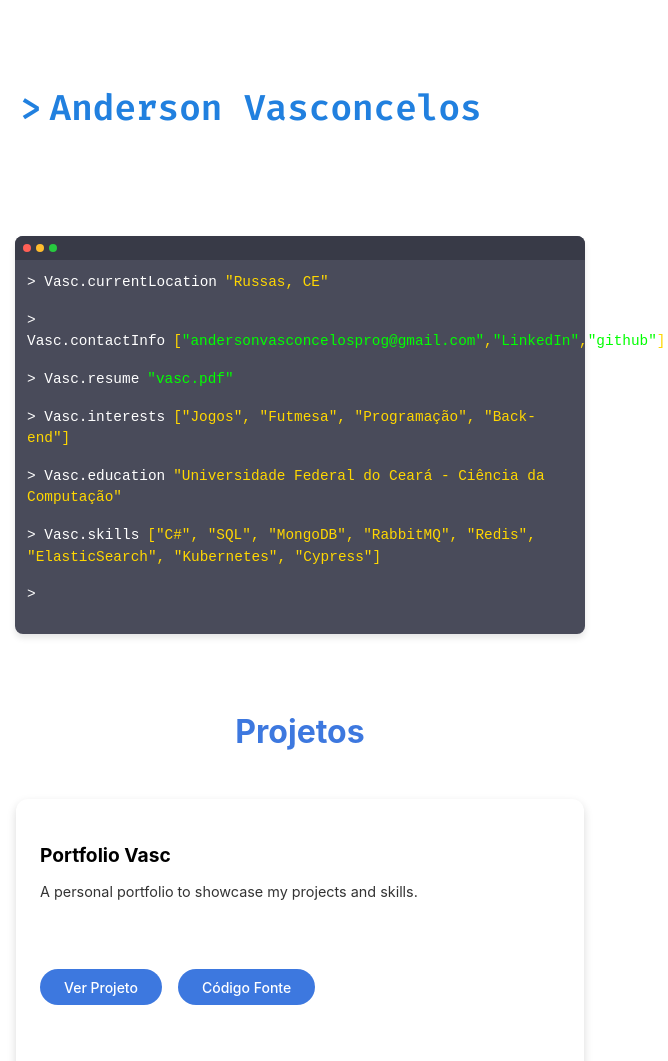
Repository: vascsx/portfolio_vascsx
Page: /
These files come from the project's save history. The page is drawn as it stood at one moment and after the next save; the edit follows.
The browser window is 600 px wide. The page is 668 px wide, so the pictures cover 668 px, including what lies to the right of the window. The pictures show the part of the page from y = 0 to 1061 px (the page is 2834 px tall before and 2905 px after).
Pictures or frames that could not be fetched are drawn as grey boxes. The project was rebuilt for these pictures with package versions that can differ from the ones it lists, and the page was loaded fresh each time.

Above is the page before, as saved 2025-03-15 14:59:29.

After the next save:
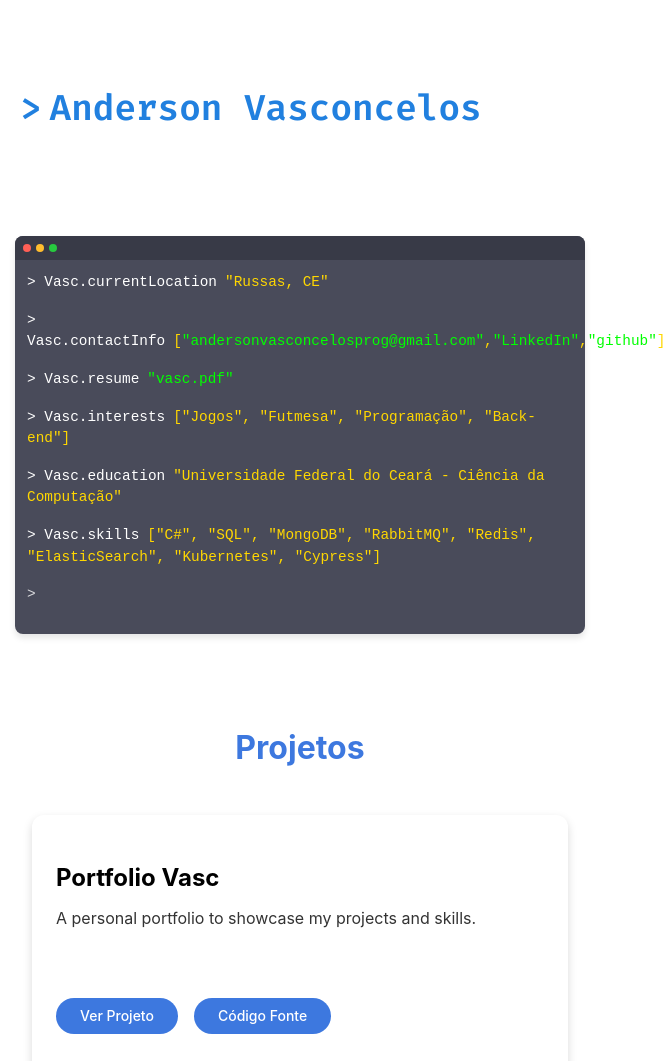
Saved 42 s later.
--- a/src/components/Projects.css
+++ b/src/components/Projects.css
@@ -13,7 +13,7 @@
 
 .projects-grid {
   display: grid;
-  grid-template-columns: repeat(3, 1fr);
+  grid-template-columns: 1fr;  /* Alterado para uma coluna única */
   gap: 2rem;
   margin: 0 auto;
   width: 100%;
@@ -21,17 +21,17 @@
 
 .project-card {
   display: flex;
-  flex-direction: row;
+  flex-direction: column;
   gap: 2rem;
   border-radius: 12px;
   overflow: hidden;
+  width: 100%;
   max-width: 1200px;
   box-shadow: 0 4px 10px rgba(0, 0, 0, 0.15);
   background-color: #fff;
 }
 
 .project-info {
-  width: 50%;
   padding: 1rem;
 }
 
@@ -84,8 +84,8 @@
 }
 
 .project-video {
-  width: 50%;
-  height: 500px;  /* Tamanho maior para o vídeo */
+  width: 100%;  /* O vídeo vai ocupar 100% da largura */
+  height: 500px;  /* A altura do vídeo foi aumentada */
 }
 
 .project-video iframe {
@@ -96,40 +96,22 @@
 
 /* Responsividade */
 @media (max-width: 1024px) {
-  .projects-grid {
-    grid-template-columns: 1fr;  /* Mudando para uma coluna única */
-  }
-
   .project-card {
-    flex-direction: column;  /* Arranjo em coluna */
     width: 100%;
+    flex-direction: column;
   }
 
   .project-info {
-    width: 100%;  /* Aumentando a área da descrição */
     padding: 1.5rem;
   }
 
   .project-video {
-    width: 100%;  /* O vídeo ocupa toda a largura da coluna */
-    height: 400px;  /* Tamanho ajustado para telas menores */
+    height: 400px;  /* Ajuste para a altura do vídeo em telas menores */
   }
 }
 
 @media (max-width: 640px) {
-  .projects {
-    padding: 2rem 1rem;
-  }
-
-  .project-info h3 {
-    font-size: 1.2rem;
-  }
-
-  .project-info p {
-    font-size: 0.9rem;
-  }
-
   .project-video {
-    height: 300px;  /* Ajuste ainda maior para telas muito pequenas */
+    height: 300px;  /* Ajuste ainda maior para telas pequenas */
   }
 }
